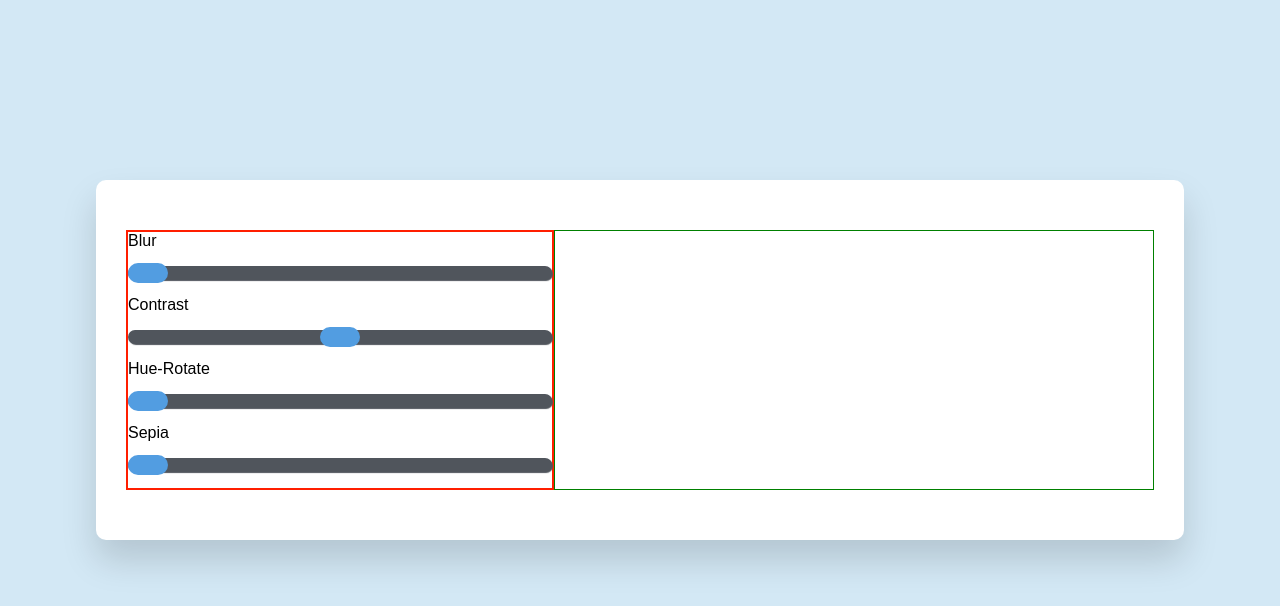
Repository: Larrowo/Challenges
Page: Photo filter/index.html
These files come from the project's save history. The page is drawn as it stood at one moment and after the next save; the edit follows.
The browser window is 1280 px wide. The pictures show the whole page.

Above is the page before, as saved 2022-04-01 12:30:18.

After the next save:
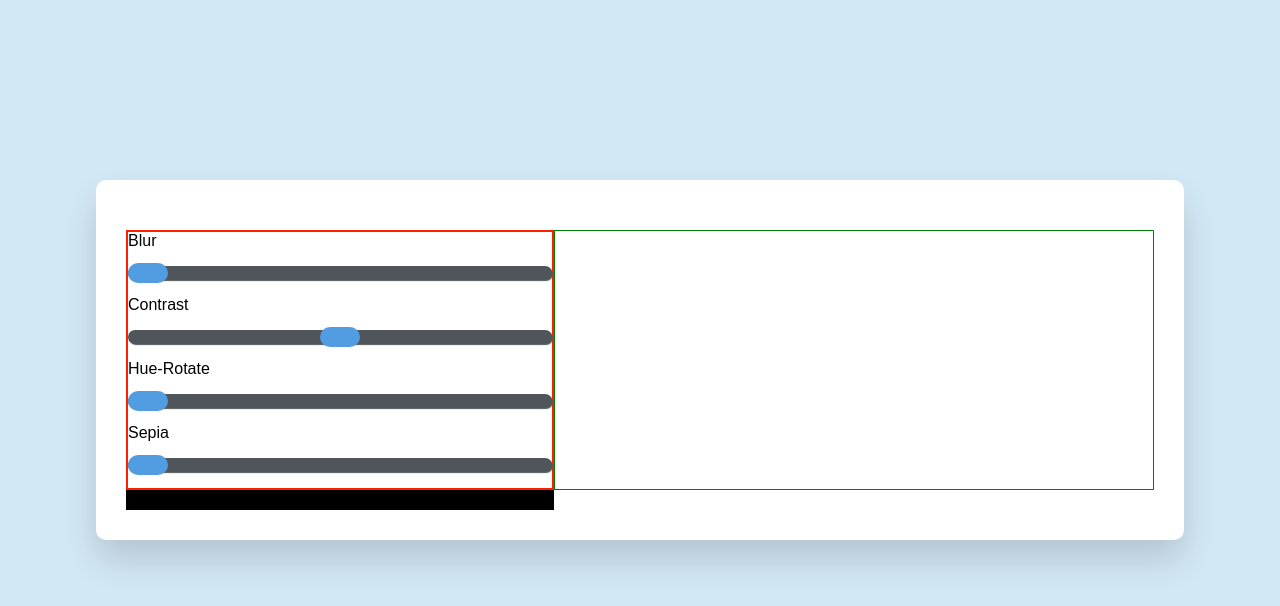
Saved 11 s later.
--- a/Photo filter/style.css
+++ b/Photo filter/style.css
@@ -25,7 +25,7 @@ body{
 
  .editor{
      border: 2px solid rgb(255, 30, 0);
-     border-shadow: 0 20px 35px;
+     box-shadow: 0 20px;
      min-height: 35vmin;
      display: flex;
      flex-direction: column;
